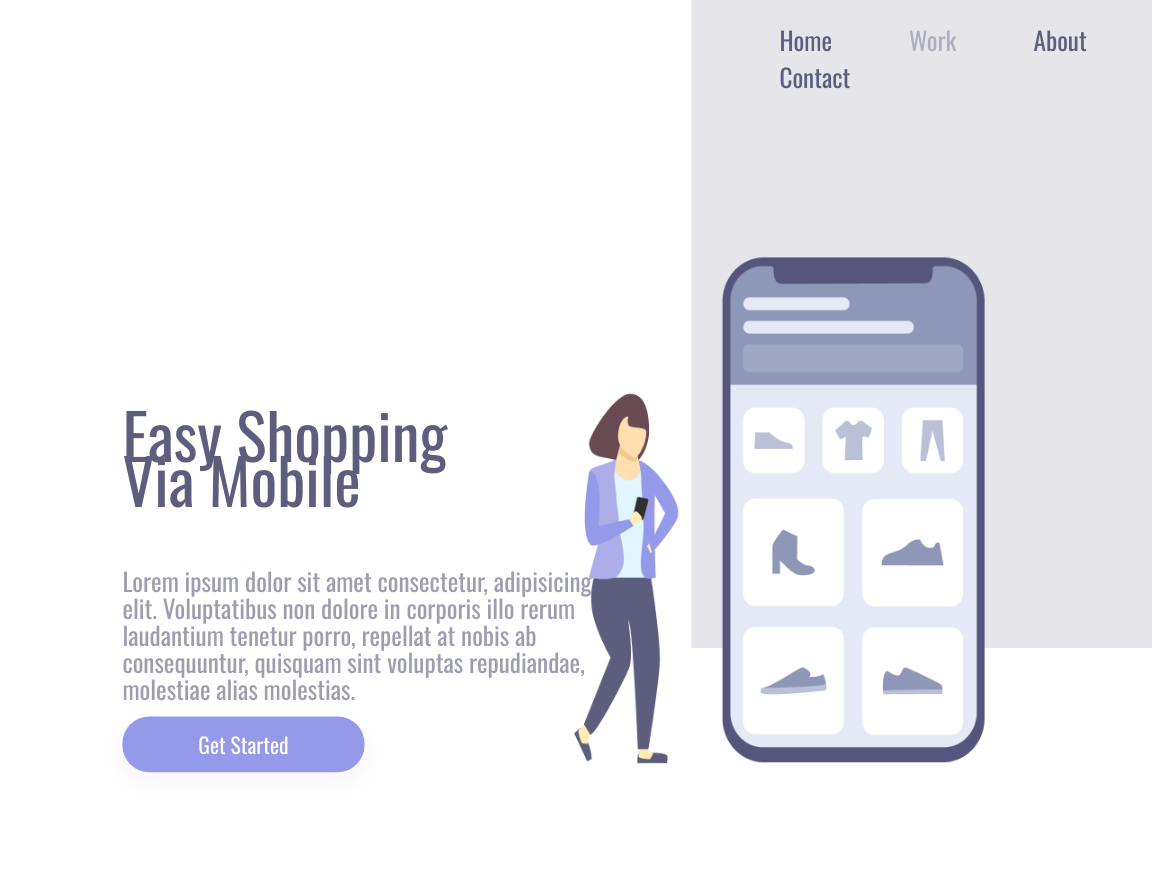
Repository: DihOliver/Projeto-Responsivo
Page: index.html
These files come from the project's save history. The page is drawn as it stood at one moment and after a run of saves; the edit follows.
The browser window is 1280 px wide. The pictures show the whole page, at 90% of full size.
Some web fonts or font styles are not loaded; a fallback is used.

Above is the page before, as saved 2023-06-26 14:59:15.

After the next 2 saves:
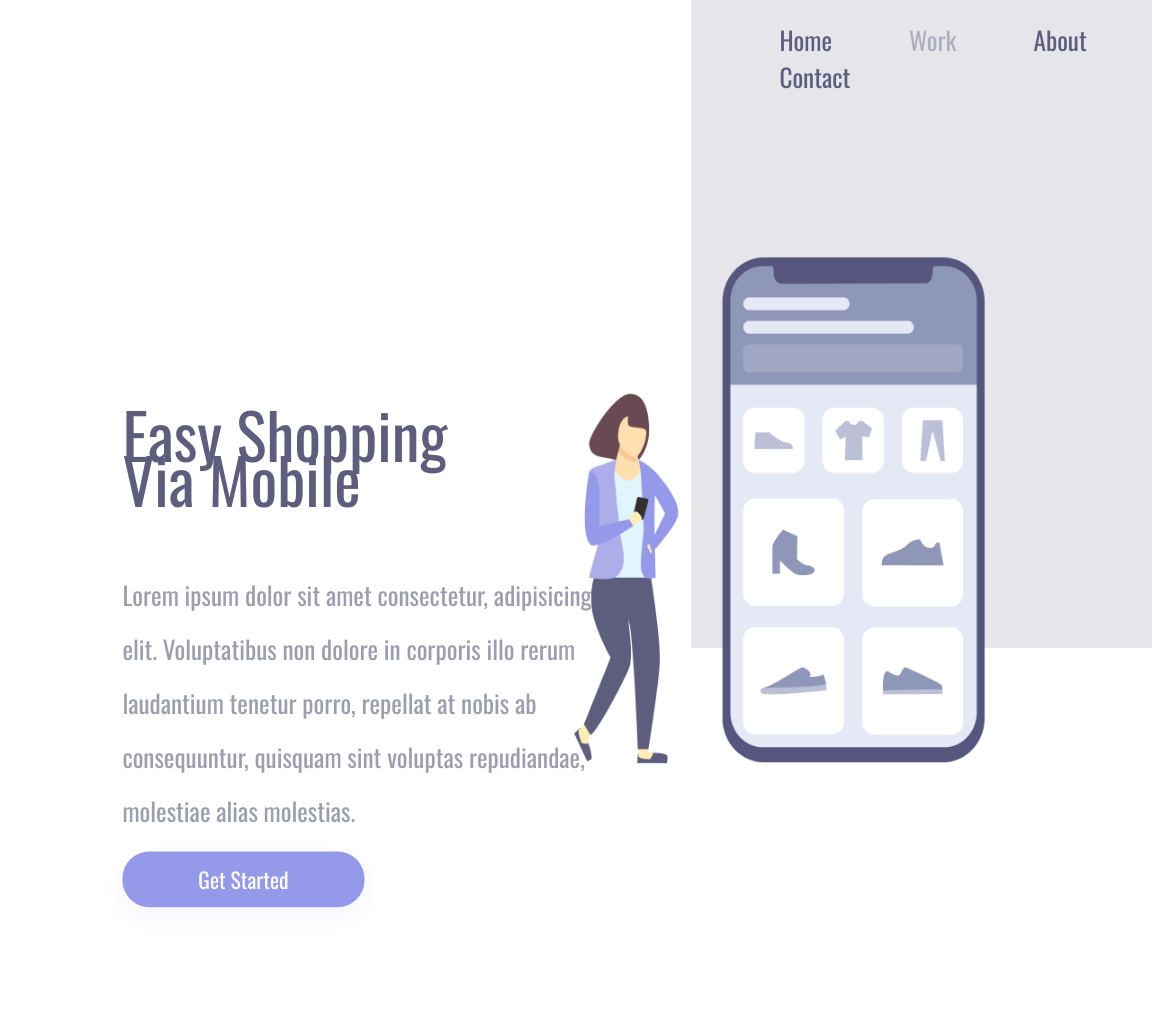
The 2 saves are shown as one change because they came seconds apart.
The last was saved 11 s later.
--- a/styles.css
+++ b/styles.css
@@ -52,7 +52,7 @@ h1 {
 
 p {
     font-size: 28px;
-    line-height: 30px;
+    line-height: 60px;
     color: #5D5D7D;
     opacity: 0.6;
     margin: 15px 0;
